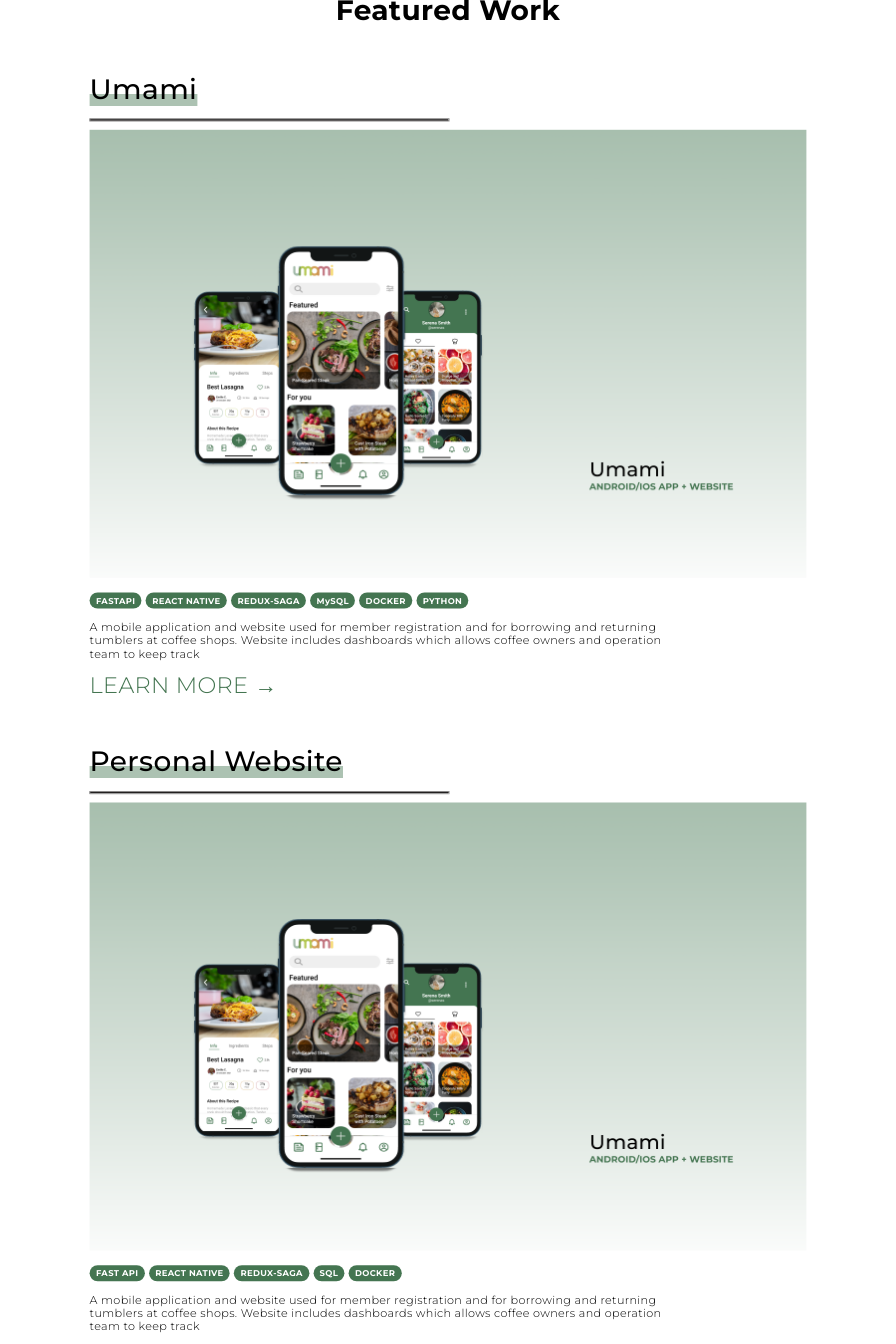
Repository: TangMartin/martintang
Page: index.html
The author's editor kept a copy of each file at every save. The page is drawn from the files as they stood at one save, then again after the next save.
The browser window is 1280 px wide. The pictures show the part of the page from y = 1019 to 2939 px (the page is 2939 px tall before and 2918 px after), at 70% of full size.

Above is the page before, as saved 2021-11-24 21:44:13.

After the next save:
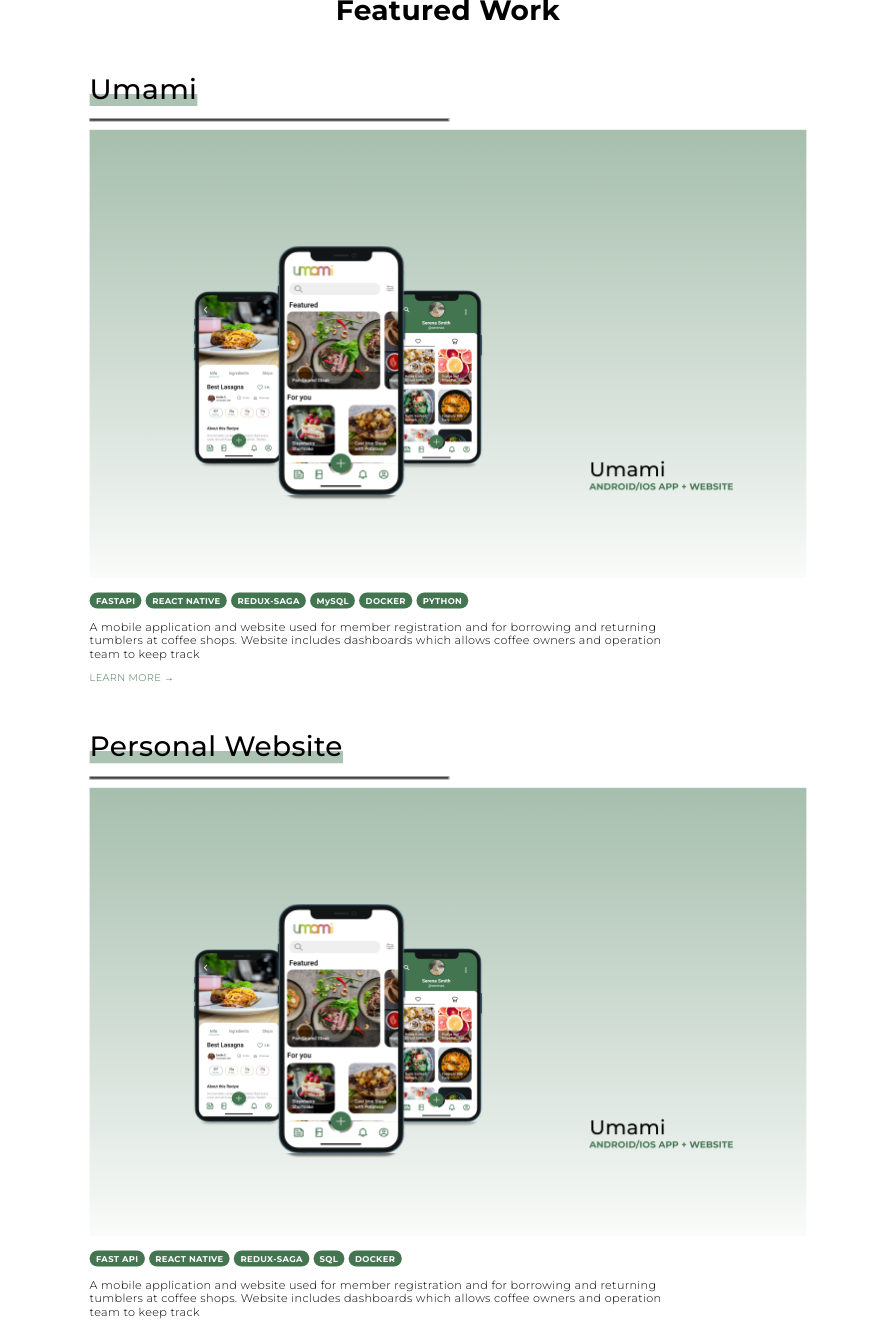
Saved 13 s later.
--- a/styles/style.css
+++ b/styles/style.css
@@ -104,7 +104,7 @@ h3 {
     margin-bottom: 1%;
 }
 .work_item h3{
-    font-size: 2rem;
+    font-size: 14px;
     color: var(--umami-color);
 }
 .work_image {
